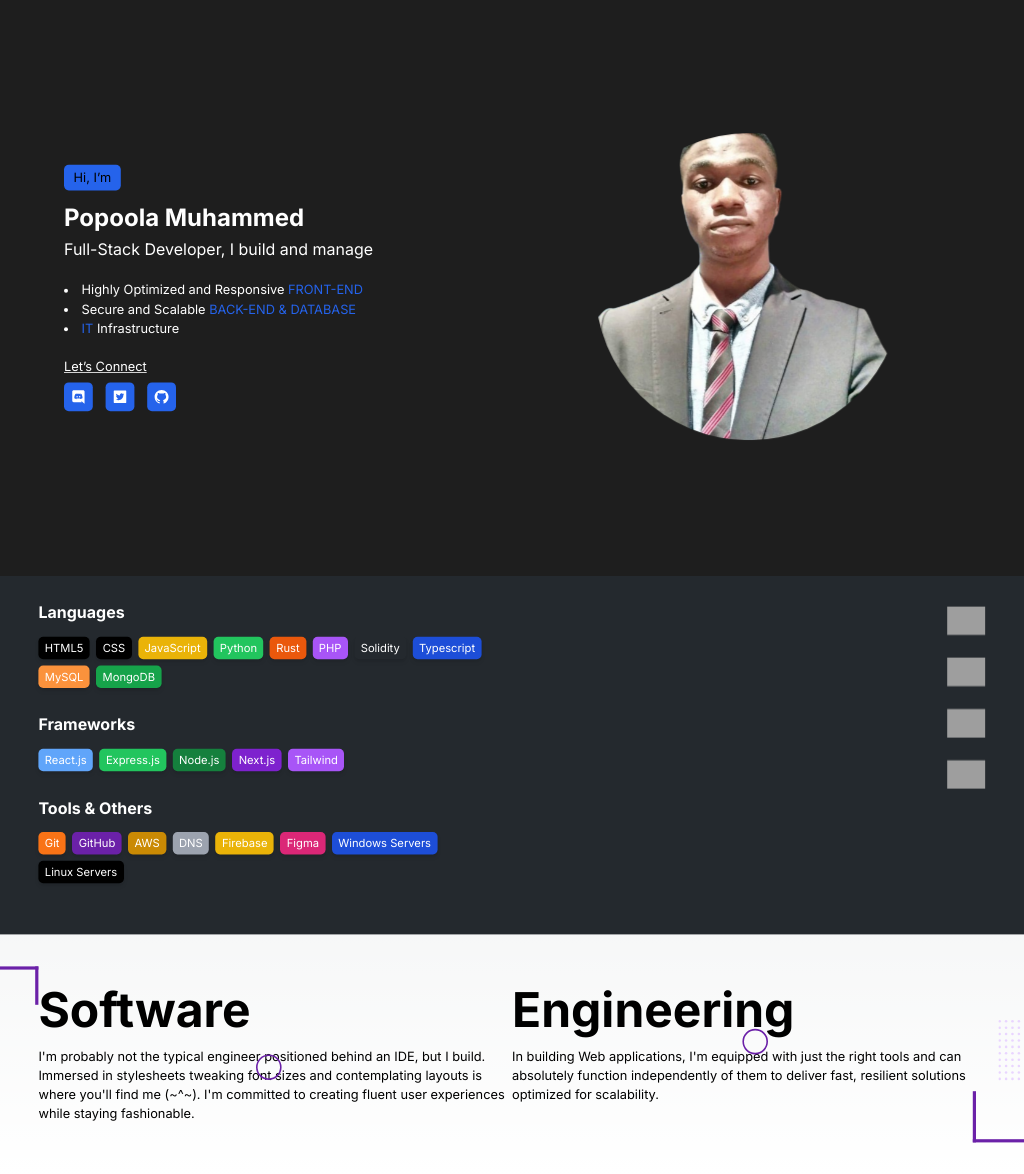
Repository: muhammedctgr/hammedctgr
Page: /
These files come from the project's save history. The page is drawn as it stood at one moment and after a run of saves; the edit follows.
The browser window is 1280 px wide. The pictures show the whole page, at 80% of full size.
Pictures or frames that could not be fetched are drawn as grey boxes. The project was rebuilt for these pictures with package versions that can differ from the ones it lists, and the page was loaded fresh each time. The framework's server and built-in components were replaced by stand-ins that run in the browser. Also part of the build but not shown: next.config.mjs.

Above is the page before, as saved 2024-08-04 20:55:56.

### app/layout.tsx
import type { Metadata } from "next";
import { Inter } from "next/font/google";
import "./globals.css";

const inter = Inter({ subsets: ["latin"] });

export const metadata: Metadata = {
  title: "Popoola Muhammed",
  description: "Generated by create next app",
};

export default function RootLayout({
  children,
}: Readonly<{
  children: React.ReactNode;
}>) {
  return (
    <html lang="en">
      <body className={inter.className}>{children}</body>
    </html>
  );
}

### app/page.tsx
import Head from 'next/head';
import Hero from '../components/Hero';
import SkillsSection from '@/components/SkillsSection';
import SummarySection from '@/components/SummarySection';


const Home = () => (
  <div>
    <Head>
      <title>Popoola Muhammed</title>
      <meta name="description" content="Welcome to my developer portfolio" />
    </Head>

    <Hero />
    <SkillsSection />
    <SummarySection />
  </div>
);

export default Home;

### app/globals.css
@tailwind base;
@tailwind components;
@tailwind utilities;

:root {
  --foreground-rgb: 0, 0, 0;
  --background-start-rgb: 214, 219, 220;
  --background-end-rgb: 255, 255, 255;
}

@media (prefers-color-scheme: dark) {
  :root {
    --foreground-rgb: 255, 255, 255;
    --background-start-rgb: 0, 0, 0;
    --background-end-rgb: 0, 0, 0;
  }
}

body {
  color: rgb(var(--foreground-rgb));
  background: linear-gradient(
      to bottom,
      transparent,
      rgb(var(--background-end-rgb))
    )
    rgb(var(--background-start-rgb));
}

@layer utilities {
  .text-balance {
    text-wrap: balance;
  }
}


@keyframes upDown {
  0%, 100% {
    transform: translateY(0);
  }
  50% {
    transform: translateY(-10px); /* Adjust the value as needed */
  }
}

.animate-upDown {
  animation: upDown 2s infinite ease-in-out; /* Adjust duration as needed */
}

### components/Hero.tsx
import Image from 'next/image';
import profilePic from '../public/profile.png';
import { AiFillDiscord, AiFillGithub, AiFillTwitterSquare, AiFillX } from 'react-icons/ai';

const Hero = () => {
  return (
    <section className="bg-gptGray px-4 py-8 md:px-8 lg:px-12 text-white min-h-screen flex items-center">
  <div className="container mx-auto flex flex-col md:flex-row items-center">
    <div className="flex-1 text-left p-4 md:p-8">
      <div className="inline-block bg-blue-600 text-black py-1 px-3 mb-4 rounded-md">
        Hi, I’m
      </div>
      <div className="mb-6">
        <h1 className="text-xl md:text-3xl font-bold">Popoola Muhammed</h1>
        <p className="mt-2 text-lg md:text-xl">Full-Stack Developer, I build and manage</p>
      </div>
      <ul className="mt-4 list-disc list-inside">
        <li>Highly Optimized and Responsive <span className="text-blue-600">FRONT-END</span></li>
        <li>Secure and Scalable <span className="text-blue-600">BACK-END & DATABASE</span></li>
        <li><span className="text-blue-600">IT</span> Infrastructure</li>
      </ul>
      <div className="mt-6">
        <a href="#contact" className="underline">Let’s Connect</a>
        <div className="mt-2 flex justify-start space-x-4">
          <a href="#" className="bg-blue-600 p-2 rounded-md">
            <AiFillDiscord size={20} />
          </a>
          <a href="#" className="bg-blue-600 p-2 rounded-md">
            <AiFillTwitterSquare size={20} />
          </a>
          <a href="#" className="bg-blue-600 p-2 rounded-md">
            <AiFillGithub size={20} />
          </a>
        </div>
      </div>
    </div>
    <div className="flex-1 p-4 md:p-8">
      <div className="relative w-40 h-40 md:w-72 md:h-72 lg:w-96 lg:h-96 mx-auto">
        <Image src={profilePic} alt="Popoola Muhammed" layout="fill" className="rounded-full object-cover animate-upDown" />
      </div>
    </div>
  </div>
</section>
  );
};

export default Hero;

### components/SkillsSection.tsx
import Image from 'next/image';
import { FC } from 'react';

interface SkillCategory {
  title: string;
  skills: { name: string; color: string; }[];
}

const skills: SkillCategory[] = [
  {
    title: "Languages",
    skills: [
      { name: "HTML5", color: "bg-black" },
      { name: "CSS", color: "bg-black"},
      { name: "JavaScript", color: "bg-yellow-500" },
      { name: "Python", color: "bg-green-500" },
      { name: "Rust", color: "bg-orange-600" },
      { name: "PHP", color: "bg-purple-500" },
      { name: "Solidity", color: "bg-black-500" },
      { name: "Typescript", color: "bg-blue-700" },
      { name: "MySQL", color: "bg-orange-400" },
      { name: "MongoDB", color: "bg-green-600" },
    ],
  },
  {
    title: "Frameworks",
    skills: [
      { name: "React.js", color: "bg-blue-400" },
      { name: "Express.js", color: "bg-green-500" },
      { name: "Node.js", color: "bg-green-700" },
      { name: "Next.js", color: "bg-purple-700" },
      { name: "Tailwind", color: "bg-purple-500" },
    ],
  },
  {
    title: "Tools & Others",
    skills: [
      { name: "Git", color: "bg-orange-500" },
      { name: "GitHub", color: "bg-purple-800" },
      { name: "AWS", color: "bg-yellow-600" },
      { name: "DNS", color: "bg-gray-400" },
      { name: "Firebase", color: "bg-yellow-500" },
      { name: "Figma", color: "bg-pink-600" },
      { name: "Windows Servers", color: "bg-blue-700" },
      { name: "Linux Servers", color: "bg-black" },
    ],
  },
];

const icons = [
  "/icons/html5.svg", // Replace with your icon paths
  "/icons/css3.svg",
  "/icons/javascript.svg",
  "/icons/python.svg",
  // Add the rest of the icons as needed
];

const SkillsSection: FC = () => {
  return (
    <section className="px-4 py-8 md:px-8 lg:px-12 bg-githubGray text-white">
  <div className="container mx-auto flex flex-col md:flex-row items-start">
    <div className="flex-1 mb-8 md:mb-0">
      {skills.map((category) => (
        <div key={category.title} className="mb-8">
          <h2 className="text-lg md:text-xl font-bold mb-4">{category.title}</h2>
          <div className="flex flex-wrap gap-2">
            {category.skills.map((skill) => (
              <span
                key={skill.name}
                className={`px-2 py-1 rounded-md text-sm ${skill.color} shadow-md`}
              >
                {skill.name}
              </span>
            ))}
          </div>
        </div>
      ))}
    </div>
    <div className="flex-1 flex flex-col items-center md:items-end">
      <div className="grid grid-cols-3 md:grid-cols-1 gap-4">
        {icons.map((src, index) => (
          <div key={index} className="w-10 h-10 md:w-12 md:h-12 relative">
            <Image src={src} alt={`icon-${index}`} layout="fill" objectFit="contain" />
          </div>
        ))}
      </div>
    </div>
  </div>
</section>
  );
};

export default SkillsSection;

### components/SummarySection.tsx
import { FC } from 'react';

const SummarySection: FC = () => {
  return (
<section className="px-4 py-16 md:px-8 lg:px-12 bg-g relative overflow-hidden">
  <div className="container mx-auto flex flex-col md:flex-row justify-between items-start">
    <div className="md:w-1/2 mb-8 md:mb-0">
      <div className="mb-4">
        <span className="text-4xl md:text-6xl font-bold">Software</span>
      </div>
      <p className="text-sm md:text-base">
        I'm probably not the typical engineer positioned behind an IDE, but I build. Immersed in stylesheets tweaking font sizes and contemplating layouts is where you'll find me (~^~). I'm committed to creating fluent user experiences while staying fashionable.
      </p>
    </div>
    <div className="md:w-1/2 md:mt-0">
      <div className="mb-4">
        <span className="text-4xl md:text-6xl font-bold">Engineering</span>
      </div>
      <p className="text-sm md:text-base">
        In building Web applications, I'm equipped with just the right tools and can absolutely function independently of them to deliver fast, resilient solutions optimized for scalability.
      </p>
    </div>
  </div>

  {/* Decorative Elements */}
  <div className="absolute top-10 left-0 w-8 h-8 md:w-12 md:h-12 border-t-4 border-r-4 border-purple-800"></div>
  <div className="absolute top-1/2 left-1/4 w-6 h-6 md:w-8 md:h-8 border-2 border-purple-800 rounded-full"></div>
  <div className="absolute bottom-10 right-0 w-12 h-12 md:w-16 md:h-16 border-b-4 border-l-4 border-purple-800"></div>
  <div className="absolute bottom-1/2 right-1/4 w-6 h-6 md:w-8 md:h-8 border-2 border-purple-800 rounded-full"></div>
  <div className="absolute top-1/4 right-0 transform translate-x-4 translate-y-4 md:translate-x-12 md:translate-y-8">
    <svg className="fill-current text-purple-200" width="80" height="80" viewBox="0 0 100 100">
      {/* SVG circles */}
      {[...Array(10)].map((_, row) => (
        <g key={row} transform={`translate(0, ${row * 10})`}>
          {[...Array(10)].map((_, col) => (
            <circle key={col} cx={col * 10 + 2} cy="2" r="2" />
          ))}
        </g>
      ))}
    </svg>
  </div>
</section>
  );
};

export default SummarySection;

### tailwind.config.ts
import type { Config } from "tailwindcss";

const config: Config = {
  content: [
    "./pages/**/*.{js,ts,jsx,tsx,mdx}",
    "./components/**/*.{js,ts,jsx,tsx,mdx}",
    "./app/**/*.{js,ts,jsx,tsx,mdx}",
  ],
  theme: {
    extend: {
      backgroundImage: {
        "gradient-radial": "radial-gradient(var(--tw-gradient-stops))",
        "gradient-conic":
          "conic-gradient(from 180deg at 50% 50%, var(--tw-gradient-stops))",
      },
      colors: {
        githubGray: '#24292e',
        gptGray: '#1e1e1e' // Define the exact color
      },
    },
  },
  plugins: [],
};
export default config;

After the next 2 saves:
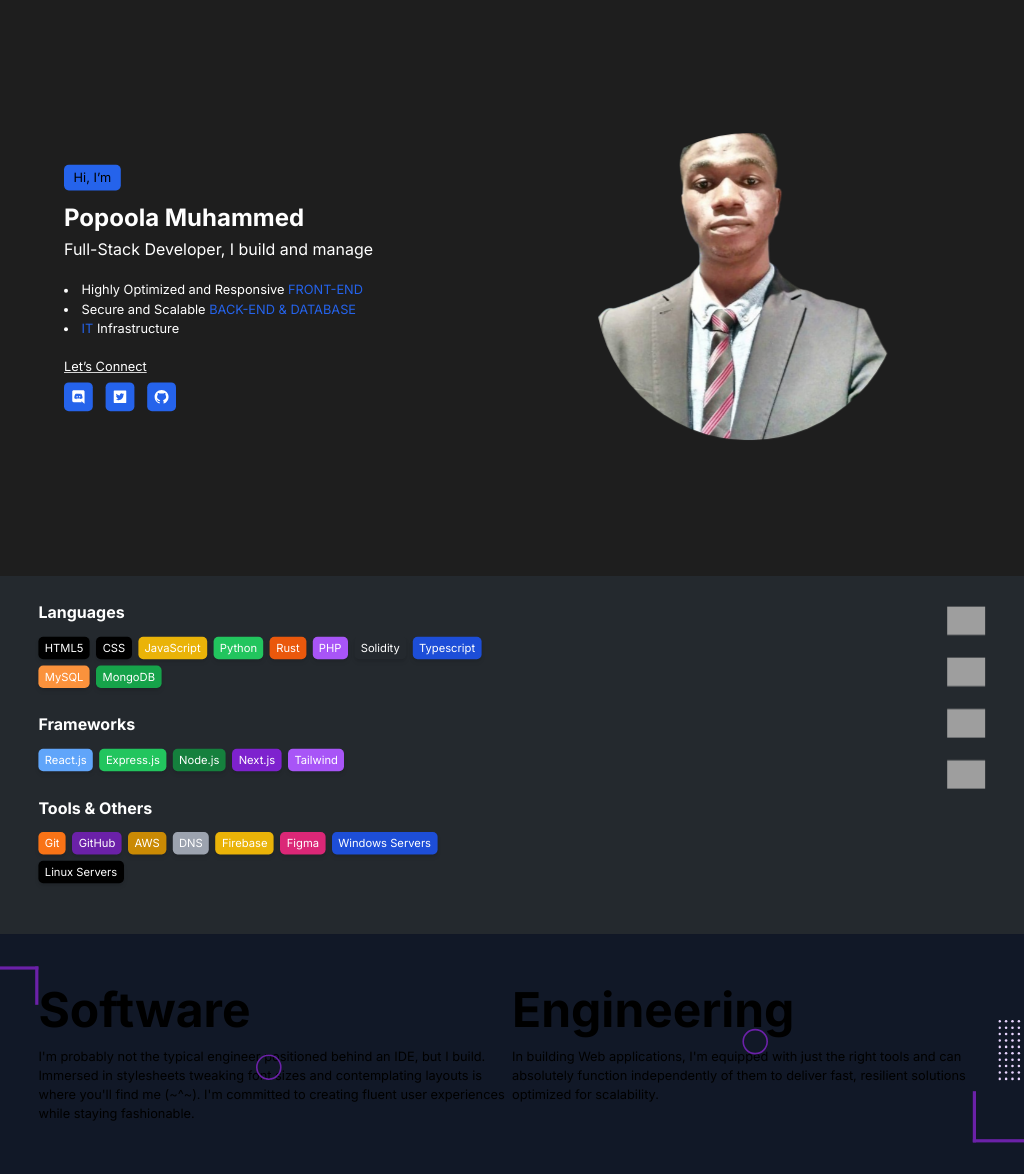
The 2 saves are shown as one change because they came seconds apart.
The last was saved 6 s later.
--- a/components/SummarySection.tsx
+++ b/components/SummarySection.tsx
@@ -2,7 +2,7 @@ import { FC } from 'react';
 
 const SummarySection: FC = () => {
   return (
-<section className="px-4 py-16 md:px-8 lg:px-12 bg-g relative overflow-hidden">
+<section className="px-4 py-16 md:px-8 lg:px-12 bg-gray-900 relative overflow-hidden">
   <div className="container mx-auto flex flex-col md:flex-row justify-between items-start">
     <div className="md:w-1/2 mb-8 md:mb-0">
       <div className="mb-4">
